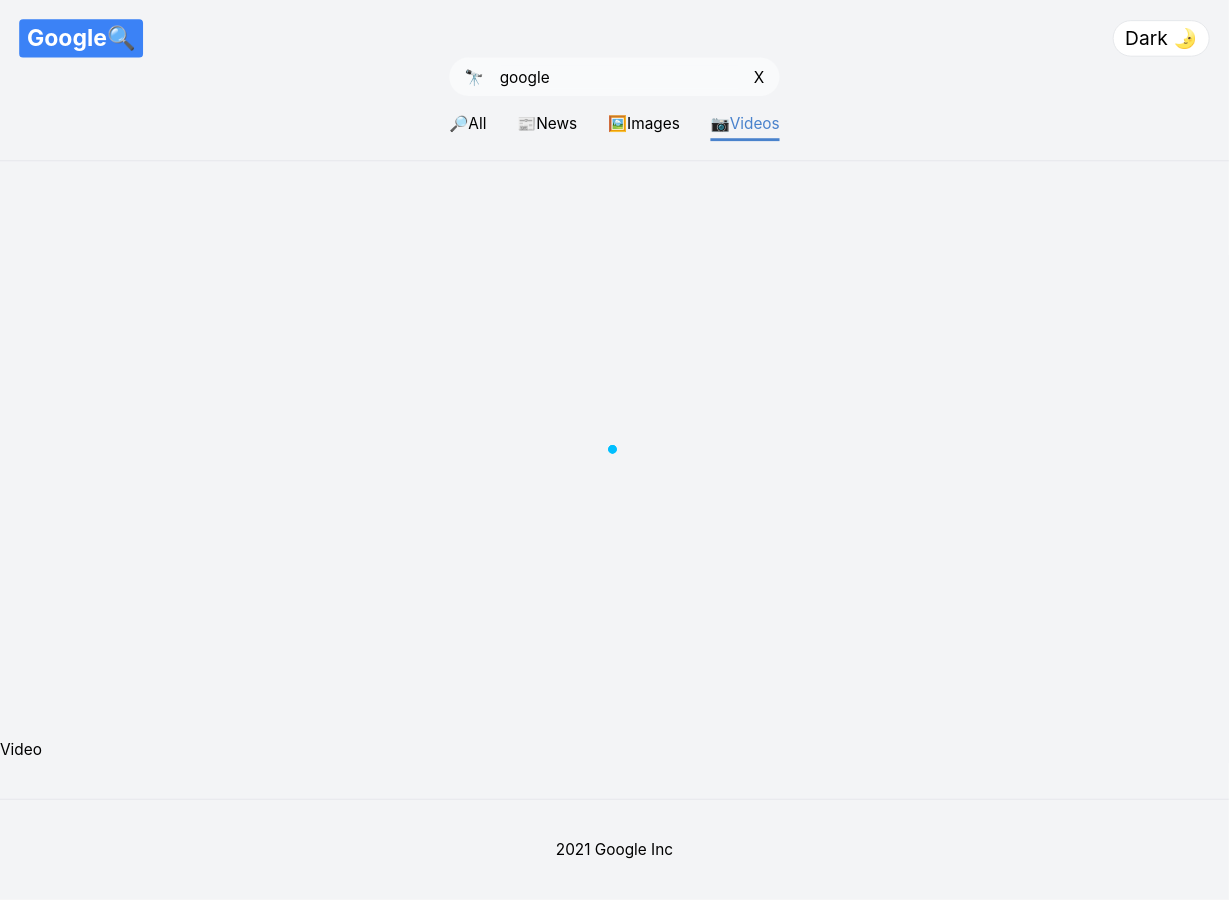
Repository: duck2913/google-search-clone
Page: /video
An editor plug-in stored every save of this project. The page is shown before and after the next save, followed by the edit.
The browser window is 1280 px wide. The pictures show the whole page, at 96% of full size.
The page's requests for data from a server got no answer. The project was rebuilt for these pictures with package versions that can differ from the ones it lists, and the page was loaded fresh each time. No one was signed in, and anything a server would have sent is missing. Also part of the build but not shown: src/App.css, src/routes/Images.tsx, src/routes/News.tsx, src/routes/Results.tsx.

Above is the page before, as saved 2022-05-26 08:42:20.

### src/index.tsx
import ReactDOM from "react-dom/client";
import "./index.css";
import App from "./App";
import { BrowserRouter, Route, Routes } from "react-router-dom";
import Images from "./routes/Images";
import Video from "./routes/Video";
import News from "./routes/News";
import ResultContextProvider from "./contexts/ResultContextProvider";
import Results from "./routes/Results";

const root = ReactDOM.createRoot(document.getElementById("root") as HTMLElement);
root.render(
	<ResultContextProvider>
		<BrowserRouter>
			<Routes>
				<Route path="/" element={<App />}>
					<Route path="/search" element={<Results />}></Route>
					<Route path="/images" element={<Images />}></Route>
					<Route path="/video" element={<Video />}></Route>
					<Route path="/news" element={<News />}></Route>
				</Route>
			</Routes>
		</BrowserRouter>
	</ResultContextProvider>,
);

### src/index.css
@tailwind base;
@tailwind components;
@tailwind utilities;

body {
	margin: 0;
	font-family: -apple-system, BlinkMacSystemFont, "Segoe UI", "Roboto", "Oxygen", "Ubuntu",
		"Cantarell", "Fira Sans", "Droid Sans", "Helvetica Neue", sans-serif;
	-webkit-font-smoothing: antialiased;
	-moz-osx-font-smoothing: grayscale;
}

code {
	font-family: source-code-pro, Menlo, Monaco, Consolas, "Courier New", monospace;
}

### src/App.tsx
import { useContext, useState } from "react";
import Navbar from "./components/Navbar";
import Footer from "./components/Footer";
import { Outlet } from "react-router-dom";
import "./App.css";
import { ResultContext } from "./contexts/ResultContextProvider";
import Loading from "./components/Loading";
const App = () => {
	const [darkTheme, setDarkTheme] = useState<boolean>(false);
	const { results, isLoading } = useContext(ResultContext);

	return (
		<div className={darkTheme ? "dark" : ""}>
			<div className="bg-gray-100 dark:bg-slate-900 dark:text-gray-200 min-h-screen">
				<Navbar setDarkTheme={setDarkTheme} darkTheme={darkTheme} />
				{!results && !isLoading && (
					<div className="h-96 flex items-center justify-center">
						Try to search for anything...
					</div>
				)}
				{isLoading && <Loading />}
				<Outlet />
				<Footer />
			</div>
		</div>
	);
};

export default App;

### src/routes/Video.tsx
import { useContext, useEffect } from "react";
import { ResultContext } from "../contexts/ResultContextProvider";

const Video = () => {
	const { getResults, results, searchTerm } = useContext(ResultContext);

	useEffect(() => {
		getResults("/video", searchTerm);
	}, [getResults, searchTerm]);

	return <div>Video</div>;
};

export default Video;

### src/contexts/ResultContextProvider.jsx
import { createContext, useState, useCallback } from "react";
const baseUrl = "https://google-search3.p.rapidapi.com/api/v1";

export const ResultContext = createContext(null);

function ResultContextProvider({ children }) {
	const [results, setResults] = useState();
	const [isLoading, setIsLoading] = useState(false);
	const [searchTerm, setSearchTerm] = useState("google");

	const getResults = useCallback(async (type, searchTerm) => {
		setIsLoading(true);
		const res = await fetch(`${baseUrl}${type}/q=${searchTerm}`, {
			method: "GET",
			headers: {
				"X-User-Agent": "desktop",
				"X-Proxy-Location": "EU",
				"X-RapidAPI-Host": "google-search3.p.rapidapi.com",
				"X-RapidAPI-Key": "e5a0e50ddbmsh09d456ae545928ap1e085fjsn4cf30a7b8d04",
			},
		});
		const data = await res.json();
		console.log(data);
		if (type === "/search") setResults(data.results);
		if (type === "/news") setResults(data.entries);
		if (type === "/image" || type === "/video") setResults(data.image_results);
		setIsLoading(false);
	}, []);

	const ctx = {
		results: results,
		isLoading: isLoading,
		searchTerm: searchTerm,
		getResults: getResults,
		setSearchTerm,
	};

	return <ResultContext.Provider value={ctx}>{children}</ResultContext.Provider>;
}

export default ResultContextProvider;

### src/components/Navbar.tsx
import { Link } from "react-router-dom";
import Search from "./Search";

interface Props {
	darkTheme: boolean;
	setDarkTheme: React.Dispatch<React.SetStateAction<boolean>>;
}

const Navbar = ({ setDarkTheme, darkTheme }: Props) => {
	return (
		<div className="p-5 flex flex-wrap justify-center items-center border-b dark:border-gray-700">
			<div className="flex justify-between items-center space-x-5 w-screen">
				<Link to="/">
					<p className="text-2xl bg-blue-500 font-bold text-white py-1 px-2 rounded dark:bg-gray-500 dark:text-white-500">
						Google🔍
					</p>
				</Link>
				<button
					className="text-xl dark:bg-gray-50 bg-white border rounded-full px-3 py-1 dark:text-slate-800"
					onClick={() => {
						setDarkTheme((curTheme) => !curTheme);
					}}
				>
					{darkTheme ? "Light 💡" : "Dark 🌛"}
				</button>
			</div>
			<Search />
		</div>
	);
};
export default Navbar;

### src/components/Footer.tsx
const Footer = () => {
	return (
		<div className="text-center p-10 mt-10 border-t dark:border-gray-700 border-gray-200">
			<h1>2021 Google Inc</h1>
		</div>
	);
};

export default Footer;

### src/components/Loading.tsx
import { Puff } from "react-loader-spinner";

const Loading = () => {
	return (
		<div className="flex justify-center items-center">
			<Puff color="#00bfff" height={600} width={100} />
			&nbsp;
		</div>
	);
};

export default Loading;

### src/Components/Search.tsx
import { NavLink } from "react-router-dom";
import { FormEvent, useContext } from "react";
import { ResultContext } from "../contexts/ResultContextProvider";
import { useNavigate } from "react-router-dom";

const Search = () => {
	const navigate = useNavigate();
	const ctx = useContext(ResultContext);

	function inputChangeHandler(event) {
		ctx.setSearchTerm(event.target.value);
	}

	function submitHandler(event: FormEvent) {
		event.preventDefault();
		navigate("/search");
	}

	const activeStyle = {
		color: "#4982cc",
		borderBottom: "3px solid #4982cc",
		paddingBottom: "4px",
	};
	return (
		<form className="wrapper flex flex-col" onSubmit={submitHandler}>
			<div className="search-bar bg-gray-50 flex items-center rounded-3xl px-4 py-2 gap-2 justify-between dark:text-gray-700 ">
				<p>🔭</p>
				<input
					type="text"
					className="bg-gray-50 focus:outline-none"
					placeholder="type to search..."
					onChange={inputChangeHandler}
					value={ctx.searchTerm}
				/>
				<button>X</button>
			</div>
			<div className="nav-links flex gap-8 mt-4">
				<NavLink
					to="/search"
					style={({ isActive }) => (isActive ? activeStyle : undefined)}
				>
					🔎All
				</NavLink>
				<NavLink to="/news" style={({ isActive }) => (isActive ? activeStyle : undefined)}>
					📰News
				</NavLink>
				<NavLink
					to="/images"
					style={({ isActive }) => (isActive ? activeStyle : undefined)}
				>
					🖼️Images
				</NavLink>
				<NavLink to="/video" style={({ isActive }) => (isActive ? activeStyle : undefined)}>
					📷Videos
				</NavLink>
			</div>
		</form>
	);
};

export default Search;

### tailwind.config.js
module.exports = {
	content: ["./src/**/*.{js,jsx,ts,tsx}"],
	theme: {
		extend: {},
	},
	darkMode: "class",
	plugins: [],
};

Loaded but not shown: public/index.html (common file)

After the next save:
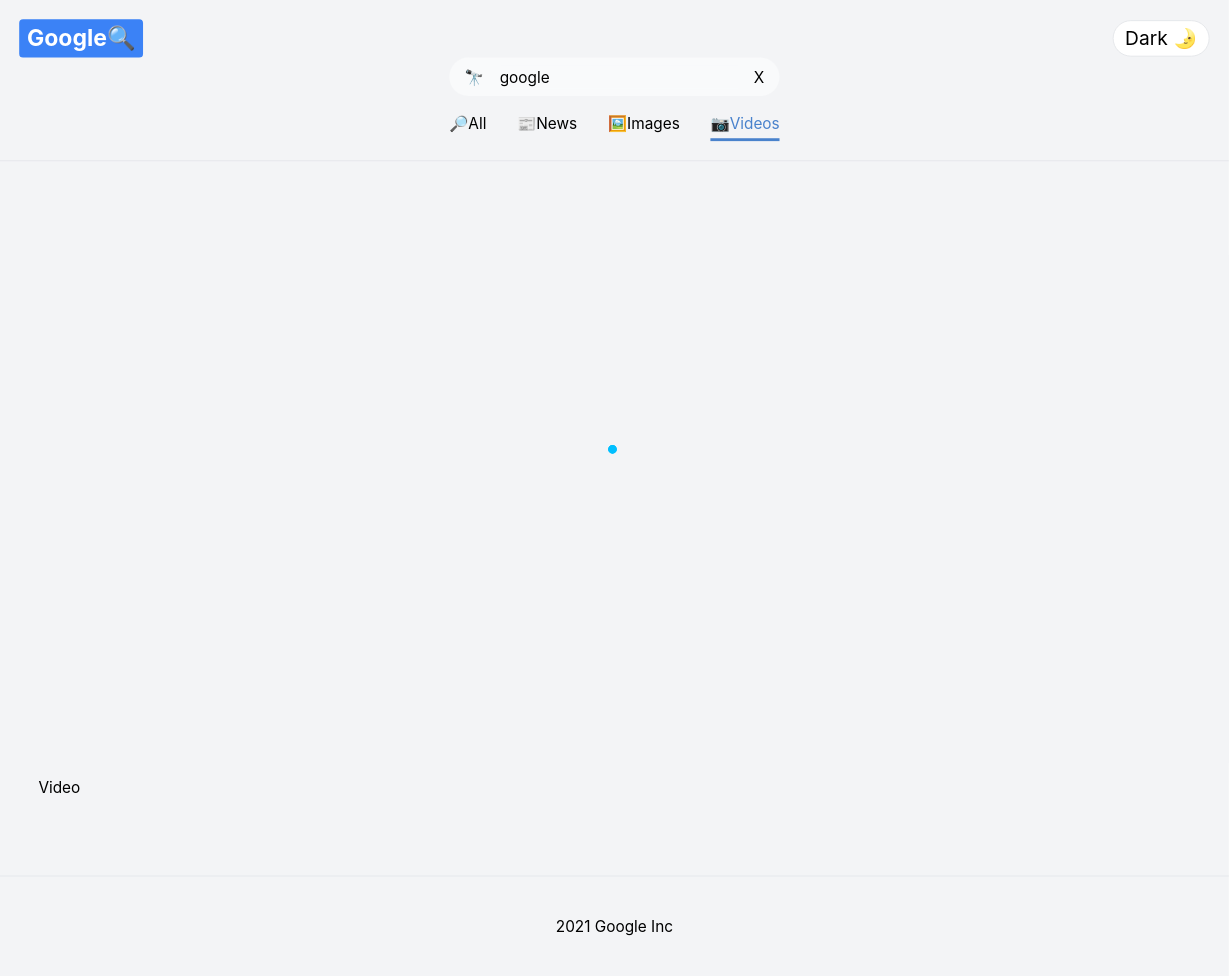
Saved 18 s later.
--- a/src/routes/Video.tsx
+++ b/src/routes/Video.tsx
@@ -8,7 +8,7 @@
 		getResults("/video", searchTerm);
 	}, [getResults, searchTerm]);
 
-	return <div>Video</div>;
+	return <div className="p-10 grid">Video</div>;
 };
 
 export default Video;
